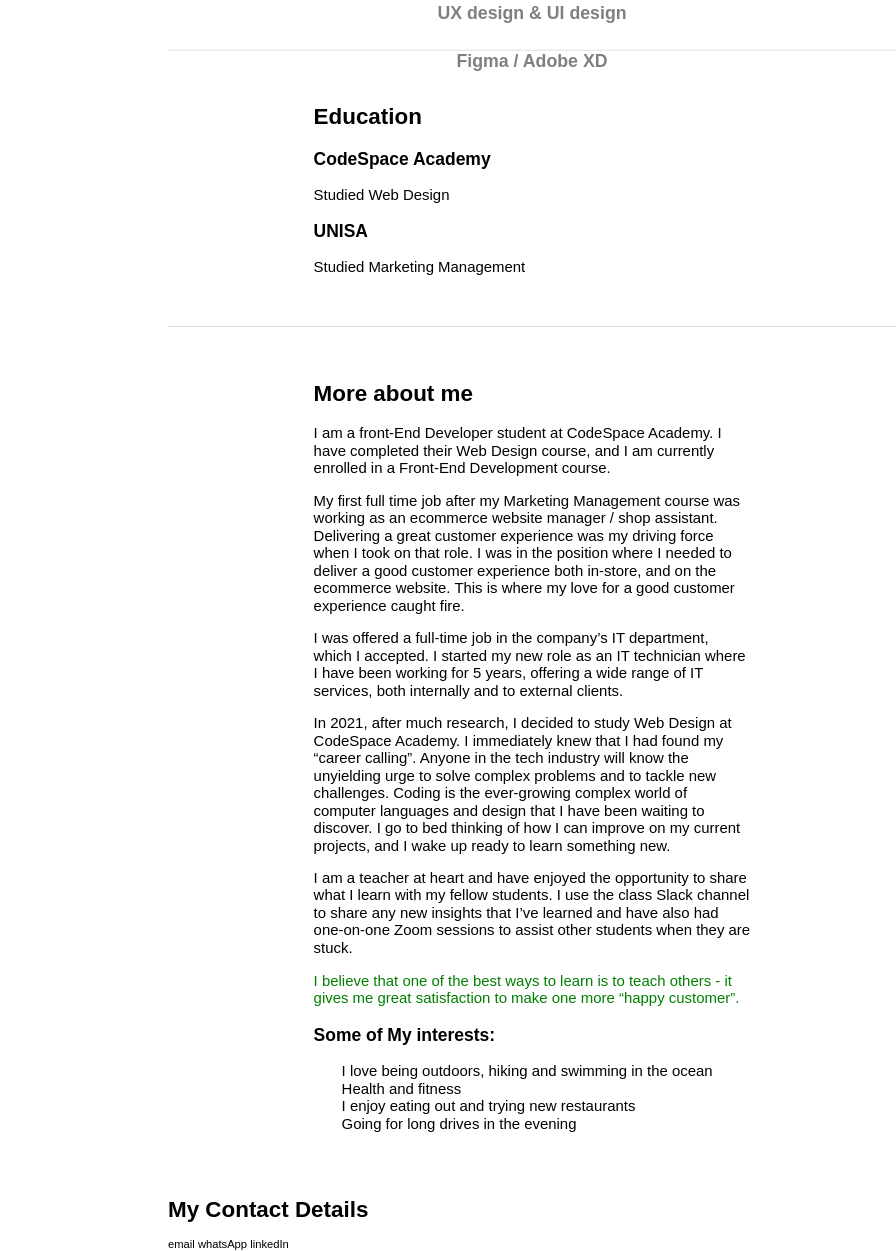
Repository: WesleyErasmus/MyDigitalResume-5
Page: index.html
These files come from the project's save history. The page is drawn as it stood at one moment and after the next save; the edit follows.
The browser window is 1280 px wide. The pictures show the part of the page from y = 2563 to 4483 px (the page is 4350 px tall before and 4483 px after), at 70% of full size.

Above is the page before, as saved 2022-02-25 23:30:07.

After the next save:
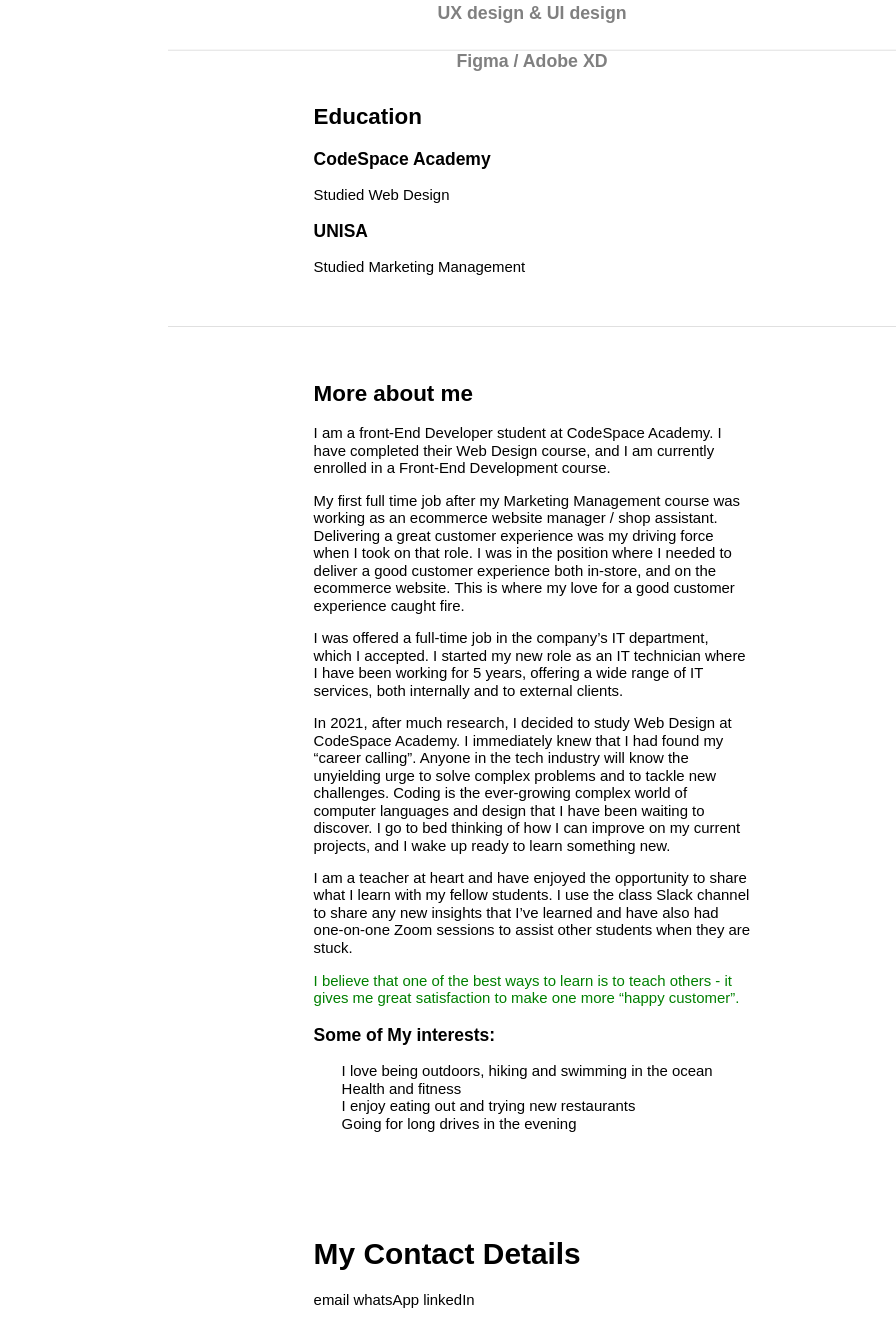
Saved 33 s later.
--- a/stylesheet.css
+++ b/stylesheet.css
@@ -132,3 +132,7 @@ p.green-text{
 .footer-contact-details {
   display: inline;
 }
+footer {
+    padding: 50px 20% 50px 20%;
+    font-size: 16pt;
+}
